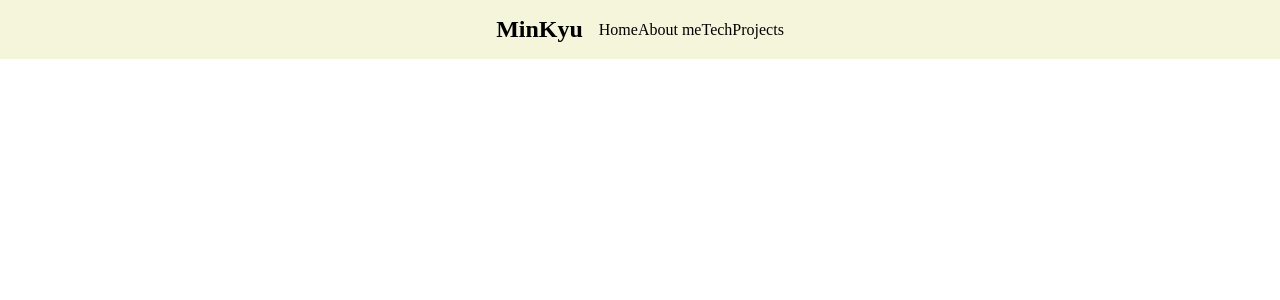
Repository: alsrb0504/portfolio-blog
Page: /
These files come from the project's save history. The page is drawn as it stood at one moment and after a run of saves; the edit follows.
The browser window is 1280 px wide. The pictures show the whole page.
The project was rebuilt for these pictures with package versions that can differ from the ones it lists, and the page was loaded fresh each time. Also part of the build but not shown: src/app.module.css.

Above is the page before, as saved 2021-07-12 15:46:45.

After the next 3 saves:
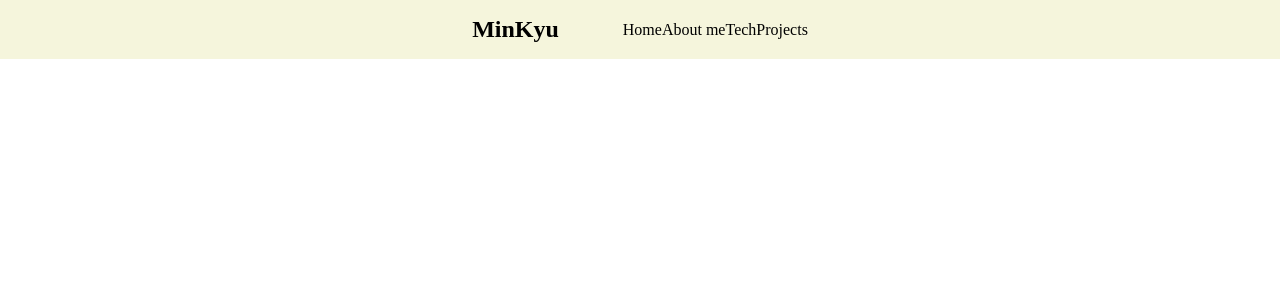
The 3 saves are shown as one change because they came seconds apart.
The last was saved 8 s later.
--- a/src/components/header/header.module.css
+++ b/src/components/header/header.module.css
@@ -9,7 +9,7 @@
 
 .title {
   /* margin: 0; */
-  margin-right: 1rem;
+  margin-right: 4rem;
 }
 
 .menus {
